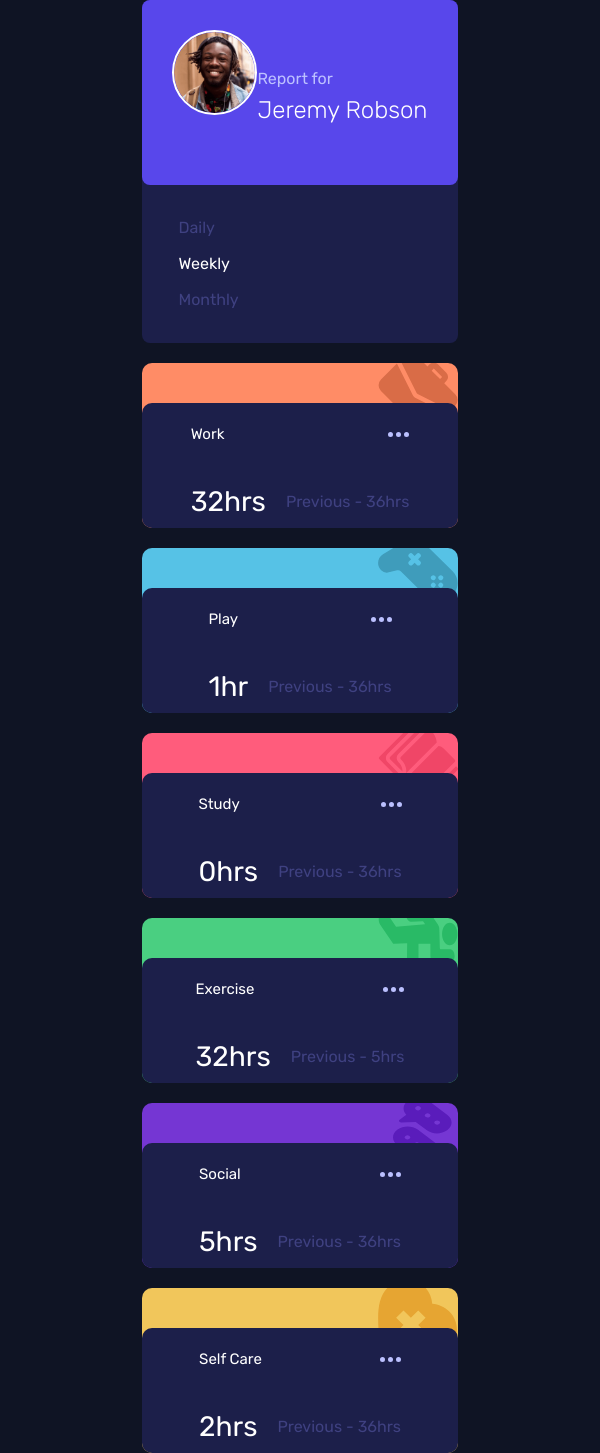
Repository: Akashiii1/WebTimeTracking_Day6
Page: index.html
The author's editor kept a copy of each file at every save. The page is drawn from the files as they stood at one save, then again after the next save.
The browser window is 600 px wide. The pictures show the whole page.

Above is the page before, as saved 2021-12-27 00:45:44.

After the next save:
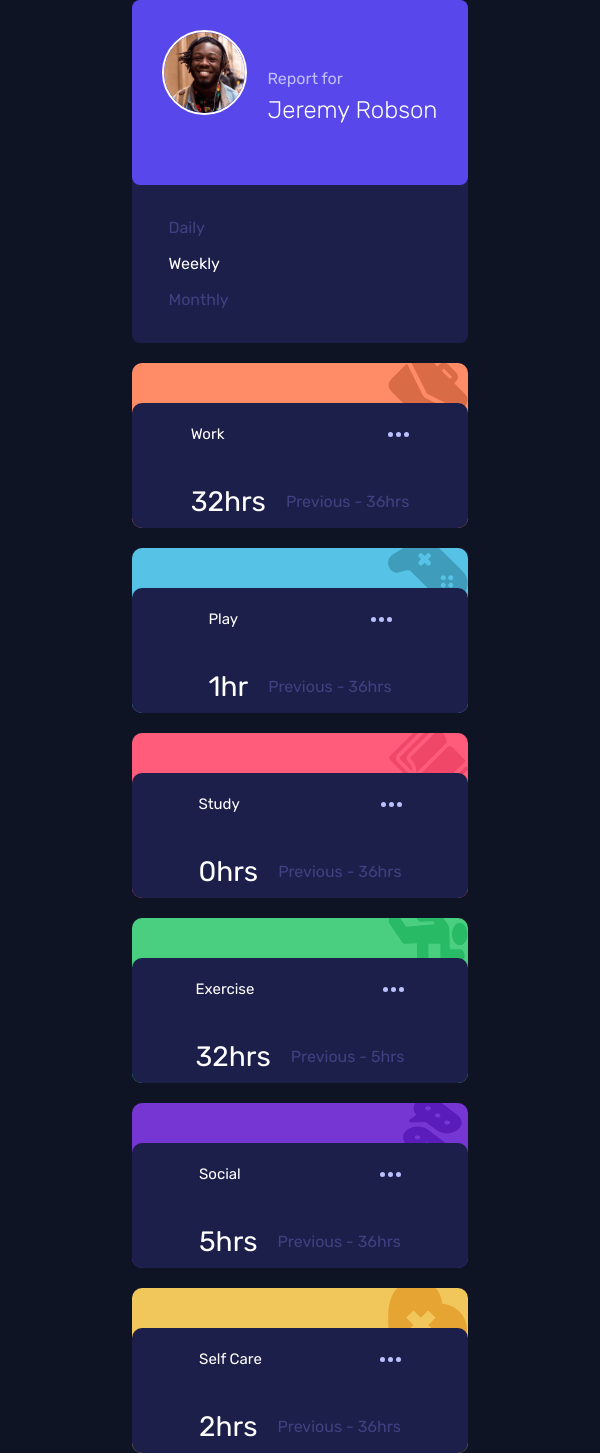
Saved 13 s later.
--- a/style.css
+++ b/style.css
@@ -229,6 +229,7 @@ button{
     display: flex;
     justify-content: space-between;
     align-items: center;
+    gap: 0 20px;
   }
 }
 /* remove animation for people who've turned them off */
